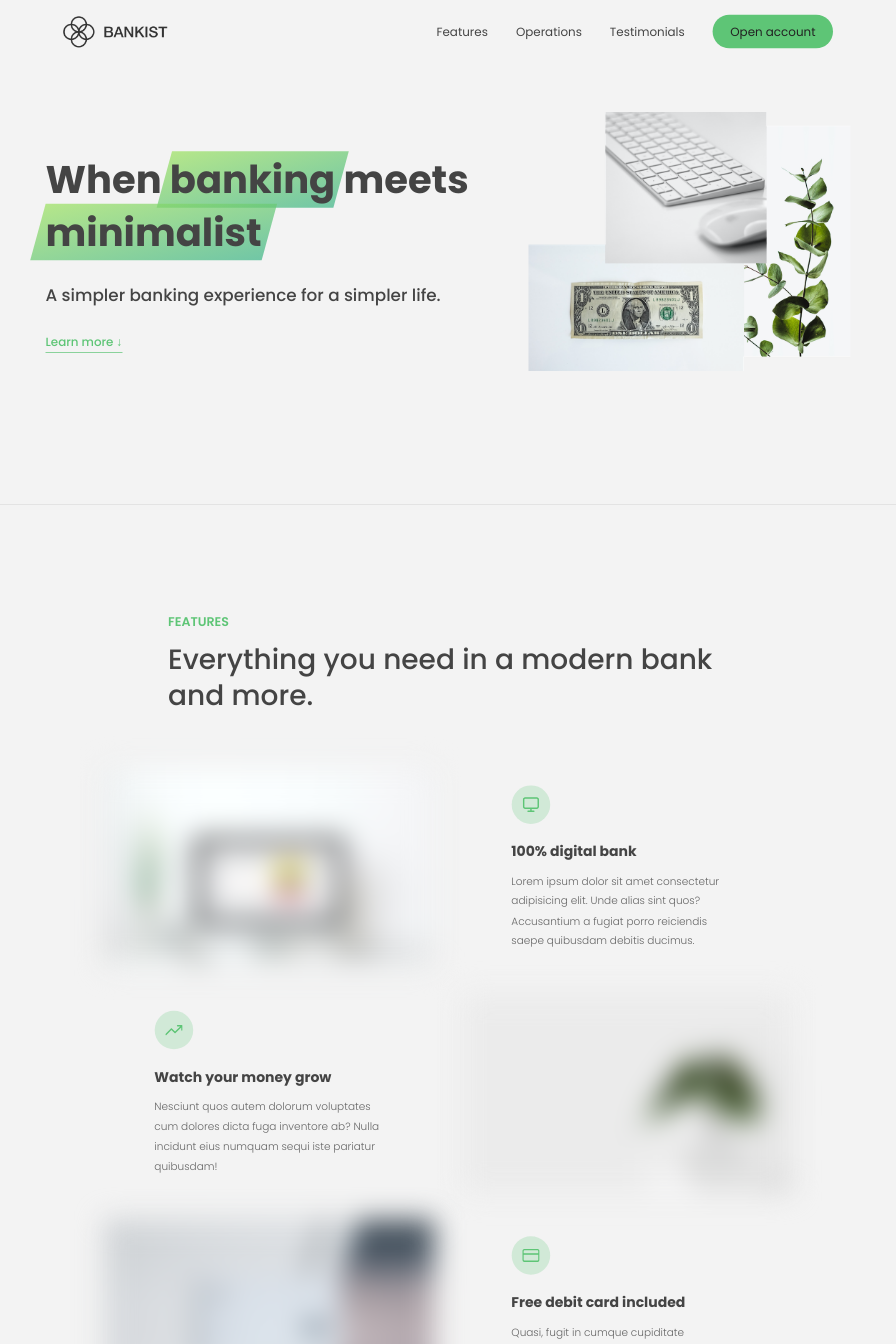
Repository: nptg3105/Bankist
Page: index.html
An editor plug-in stored every save of this project. The page is shown before and after the next save, followed by the edit.
The browser window is 1280 px wide. The pictures show the part of the page from y = 0 to 1920 px (the page is 4886 px tall), at 70% of full size.

Above is the page before, as saved 2022-05-27 19:03:58.

### index.html
<!DOCTYPE html>
<html lang="en">
  <head>
    <meta charset="UTF-8" />
    <meta name="viewport" content="width=device-width, initial-scale=1.0" />
    <meta http-equiv="X-UA-Compatible" content="ie=edge" />
    <link rel="shortcut icon" type="image/png" href="images/icon.png" />

    <link
      href="https://fonts.googleapis.com/css?family=Poppins:300,400,500,600&display=swap"
      rel="stylesheet"
    />
    <link rel="stylesheet" href="dist/index.css" />
    <title>Bankist | When Banking meets Minimalist</title>
  </head>
  <body>
    <header class="header">
      <nav class="nav">
        <img
          src="images/logo.png"
          alt="Bankist logo"
          class="nav__logo"
          id="logo"
        />
        <ul class="nav__links">
          <li class="nav__item">
            <a class="nav__link" href="#section--1">Features</a>
          </li>
          <li class="nav__item">
            <a class="nav__link" href="#section--2">Operations</a>
          </li>
          <li class="nav__item">
            <a class="nav__link" href="#section--3">Testimonials</a>
          </li>
          <li class="nav__item">
            <a class="nav__link nav__link--btn btn--show-modal" href="#"
              >Open account</a
            >
          </li>
        </ul>
      </nav>

      <div class="header__title">
        <h1>
          When
          <!-- Green highlight effect -->
          <span class="highlight">banking</span>
          meets<br />
          <span class="highlight">minimalist</span>
        </h1>
        <h4>A simpler banking experience for a simpler life.</h4>
        <button class="btn--text btn--scroll-to">Learn more &DownArrow;</button>
        <img
          src="images/hero.png"
          class="header__img"
          alt="Minimalist bank items"
        />
      </div>
    </header>

    <section class="section" id="section--1">
      <div class="section__title">
        <h2 class="section__description">Features</h2>
        <h3 class="section__header">
          Everything you need in a modern bank and more.
        </h3>
      </div>

      <div class="features">
        <img
          src="images/digital-lazy.jpg"
          data-src="images/digital.jpg"
          alt="Computer"
          class="features__img lazy-img"
        />
        <div class="features__feature">
          <div class="features__icon">
            <svg>
              <use xlink:href="images/icons.svg#icon-monitor"></use>
            </svg>
          </div>
          <h5 class="features__header">100% digital bank</h5>
          <p>
            Lorem ipsum dolor sit amet consectetur adipisicing elit. Unde alias
            sint quos? Accusantium a fugiat porro reiciendis saepe quibusdam
            debitis ducimus.
          </p>
        </div>

        <div class="features__feature">
          <div class="features__icon">
            <svg>
              <use xlink:href="images/icons.svg#icon-trending-up"></use>
            </svg>
          </div>
          <h5 class="features__header">Watch your money grow</h5>
          <p>
            Nesciunt quos autem dolorum voluptates cum dolores dicta fuga
            inventore ab? Nulla incidunt eius numquam sequi iste pariatur
            quibusdam!
          </p>
        </div>
        <img
          src="images/grow-lazy.jpg"
          data-src="images/grow.jpg"
          alt="Plant"
          class="features__img lazy-img"
        />

        <img
          src="images/card-lazy.jpg"
          data-src="images/card.jpg"
          alt="Credit card"
          class="features__img lazy-img"
        />
        <div class="features__feature">
          <div class="features__icon">
            <svg>
              <use xlink:href="images/icons.svg#icon-credit-card"></use>
            </svg>
          </div>
          <h5 class="features__header">Free debit card included</h5>
          <p>
            Quasi, fugit in cumque cupiditate reprehenderit debitis animi enim
            eveniet consequatur odit quam quos possimus assumenda dicta fuga
            inventore ab.
          </p>
        </div>
      </div>
    </section>

    <section class="section" id="section--2">
      <div class="section__title">
        <h2 class="section__description">Operations</h2>
        <h3 class="section__header">
          Everything as simple as possible, but no simpler.
        </h3>
      </div>

      <div class="operations">
        <div class="operations__tab-container">
          <button
            class="btn operations__tab operations__tab--1 operations__tab--active"
            data-tab="1"
          >
            <span>01</span>Instant Transfers
          </button>
          <button class="btn operations__tab operations__tab--2" data-tab="2">
            <span>02</span>Instant Loans
          </button>
          <button class="btn operations__tab operations__tab--3" data-tab="3">
            <span>03</span>Instant Closing
          </button>
        </div>
        <div
          class="operations__content operations__content--1 operations__content--active"
        >
          <div class="operations__icon operations__icon--1">
            <svg>
              <use xlink:href="images/icons.svg#icon-upload"></use>
            </svg>
          </div>
          <h5 class="operations__header">
            Tranfser money to anyone, instantly! No fees, no BS.
          </h5>
          <p>
            Lorem ipsum dolor sit amet, consectetur adipisicing elit, sed do
            eiusmod tempor incididunt ut labore et dolore magna aliqua. Ut enim
            ad minim veniam, quis nostrud exercitation ullamco laboris nisi ut
            aliquip ex ea commodo consequat.
          </p>
        </div>

        <div class="operations__content operations__content--2">
          <div class="operations__icon operations__icon--2">
            <svg>
              <use xlink:href="images/icons.svg#icon-home"></use>
            </svg>
          </div>
          <h5 class="operations__header">
            Buy a home or make your dreams come true, with instant loans.
          </h5>
          <p>
            Duis aute irure dolor in reprehenderit in voluptate velit esse
            cillum dolore eu fugiat nulla pariatur. Excepteur sint occaecat
            cupidatat non proident, sunt in culpa qui officia deserunt mollit
            anim id est laborum.
          </p>
        </div>
        <div class="operations__content operations__content--3">
          <div class="operations__icon operations__icon--3">
            <svg>
              <use xlink:href="images/icons.svg#icon-user-x"></use>
            </svg>
          </div>
          <h5 class="operations__header">
            No longer need your account? No problem! Close it instantly.
          </h5>
          <p>
            Excepteur sint occaecat cupidatat non proident, sunt in culpa qui
            officia deserunt mollit anim id est laborum. Ut enim ad minim
            veniam, quis nostrud exercitation ullamco laboris nisi ut aliquip ex
            ea commodo consequat.
          </p>
        </div>
      </div>
    </section>

    <section class="section" id="section--3">
      <div class="section__title section__title--testimonials">
        <h2 class="section__description">Not sure yet?</h2>
        <h3 class="section__header">
          Millions of Bankists are already making their lifes simpler.
        </h3>
      </div>

      <div class="slider">
        <div class="slide slide--1">
          <div class="testimonial">
            <h5 class="testimonial__header">Best financial decision ever!</h5>
            <blockquote class="testimonial__text">
              Lorem ipsum dolor sit, amet consectetur adipisicing elit.
              Accusantium quas quisquam non? Quas voluptate nulla minima
              deleniti optio ullam nesciunt, numquam corporis et asperiores
              laboriosam sunt, praesentium suscipit blanditiis. Necessitatibus
              id alias reiciendis, perferendis facere pariatur dolore veniam
              autem esse non voluptatem saepe provident nihil molestiae.
            </blockquote>
            <address class="testimonial__author">
              <img src="images/user-1.jpg" alt="" class="testimonial__photo" />
              <h6 class="testimonial__name">Aarav Lynn</h6>
              <p class="testimonial__location">San Francisco, USA</p>
            </address>
          </div>
        </div>

        <div class="slide slide--2">
          <div class="testimonial">
            <h5 class="testimonial__header">
              The last step to becoming a complete minimalist
            </h5>
            <blockquote class="testimonial__text">
              Quisquam itaque deserunt ullam, quia ea repellendus provident,
              ducimus neque ipsam modi voluptatibus doloremque, corrupti
              laborum. Incidunt numquam perferendis veritatis neque repellendus.
              Lorem, ipsum dolor sit amet consectetur adipisicing elit. Illo
              deserunt exercitationem deleniti.
            </blockquote>
            <address class="testimonial__author">
              <img src="images/user-2.jpg" alt="" class="testimonial__photo" />
              <h6 class="testimonial__name">Miyah Miles</h6>
              <p class="testimonial__location">London, UK</p>
            </address>
          </div>
        </div>

        <div class="slide slide--3">
          <div class="testimonial">
            <h5 class="testimonial__header">
              Finally free from old-school banks
            </h5>
            <blockquote class="testimonial__text">
              Debitis, nihil sit minus suscipit magni aperiam vel tenetur
              incidunt commodi architecto numquam omnis nulla autem,
              necessitatibus blanditiis modi similique quidem. Odio aliquam
              culpa dicta beatae quod maiores ipsa minus consequatur error sunt,
              deleniti saepe aliquid quos inventore sequi. Necessitatibus id
              alias reiciendis, perferendis facere.
            </blockquote>
            <address class="testimonial__author">
              <img src="images/user-3.jpg" alt="" class="testimonial__photo" />
              <h6 class="testimonial__name">Francisco Gomes</h6>
              <p class="testimonial__location">Lisbon, Portugal</p>
            </address>
          </div>
        </div>

        <!-- <div class="slide"><img src="images/img-1.jpg" alt="Photo 1" /></div>
        <div class="slide"><img src="images/img-2.jpg" alt="Photo 2" /></div>
        <div class="slide"><img src="images/img-3.jpg" alt="Photo 3" /></div>
        <div class="slide"><img src="images/img-4.jpg" alt="Photo 4" /></div> -->
        <button class="slider__btn slider__btn--left">&larr;</button>
        <button class="slider__btn slider__btn--right">&rarr;</button>
        <div class="dots"></div>
      </div>
    </section>

    <section class="section section--sign-up">
      <div class="section__title">
        <h3 class="section__header">
          The best day to join Bankist was one year ago. The second best is
          today!
        </h3>
      </div>
      <button class="btn btn--show-modal">Open your free account today!</button>
    </section>

    <footer class="footer">
      <ul class="footer__nav">
        <li class="footer__item">
          <a class="footer__link" href="#">About</a>
        </li>
        <li class="footer__item">
          <a class="footer__link" href="#">Pricing</a>
        </li>
        <li class="footer__item">
          <a class="footer__link" href="#">Terms of Use</a>
        </li>
        <li class="footer__item">
          <a class="footer__link" href="#">Privacy Policy</a>
        </li>
        <li class="footer__item">
          <a class="footer__link" href="#">Careers</a>
        </li>
        <li class="footer__item">
          <a class="footer__link" href="#">Blog</a>
        </li>
        <li class="footer__item">
          <a class="footer__link" href="#">Contact Us</a>
        </li>
      </ul>
      <img src="images/icon.png" alt="Logo" class="footer__logo" />
      <p class="footer__copyright">
        &copy; Copyright by
        <a
          class="footer__link twitter-link"
          target="_blank"
          href="https://twitter.com/jonasschmedtman"
          >Jonas Schmedtmann</a
        >. Use for learning or your portfolio. Don't use to teach. Don't claim
        as your own product.
      </p>
    </footer>

    <div class="modal hidden">
      <button class="btn--close-modal">&times;</button>
      <h2 class="modal__header">
        Open your bank account <br />
        in just <span class="highlight">5 minutes</span>
      </h2>
      <form class="modal__form">
        <label>First Name</label>
        <input type="text" />
        <label>Last Name</label>
        <input type="text" />
        <label>Email Address</label>
        <input type="email" />
        <button class="btn">Next step &rarr;</button>
      </form>
    </div>
    <div class="overlay hidden"></div>

    <script src="./src/js/script.js"></script>
  </body>
</html>

### src/js/script.js
"use strict";

///////////////////////////////////////
// Modal window

const modal = document.querySelector(".modal");
const overlay = document.querySelector(".overlay");
const btnCloseModal = document.querySelector(".btn--close-modal");
const btnsOpenModal = document.querySelectorAll(".btn--show-modal");

const btnScroll = document.querySelector(".btn--scroll-to");
const section1 = document.querySelector("#section--1");

const tabs = document.querySelectorAll(".operations__tab");
const tabsContainer = document.querySelector(".operations__tab-container");
const tabsContent = document.querySelectorAll(".operations__content");

const nav = document.querySelector(".nav");

const openModal = function (e) {
  e.preventDefault();
  modal.classList.remove("hidden");
  overlay.classList.remove("hidden");
};

const closeModal = function () {
  modal.classList.add("hidden");
  overlay.classList.add("hidden");
};

btnsOpenModal.forEach((btn) => {
  btn.addEventListener("click", openModal);
});

btnCloseModal.addEventListener("click", closeModal);
overlay.addEventListener("click", closeModal);

document.addEventListener("keydown", function (e) {
  if (e.key === "Escape" && !modal.classList.contains("hidden")) {
    closeModal();
  }
});

//Scroll Smooth
btnScroll.addEventListener("click", function () {
  section1.scrollIntoView({ behavior: "smooth" });
});

document.querySelector(".nav__links").addEventListener("click", (e) => {
  e.preventDefault();
  if (e.target.classList.contains("nav__link")) {
    const id = e.target.getAttribute("href");
    document.querySelector(id).scrollIntoView({ behavior: "smooth" });
  }
});

//Tabbed Component
tabsContainer.addEventListener("click", function (e) {
  const clicked = e.target.closest(".operations__tab");
  // console.log(clicked);

  //Remove classes
  tabs.forEach((tab) => {
    tab.classList.remove("operations__tab--active");
  });
  tabsContent.forEach((content) => {
    content.classList.remove("operations__content--active");
  });

  if (!clicked) return;

  //Active class
  clicked.classList.add("operations__tab--active");

  //Active content area
  document
    .querySelector(`.operations__content--${clicked.dataset.tab}`)
    .classList.add("operations__content--active");
});

//Faded nav
function handleHover(e) {
  if (e.target.classList.contains("nav__link")) {
    const link = e.target;
    const siblings = link.closest(".nav__links").querySelectorAll(".nav__link");

    siblings.forEach((element) => {
      if (element !== link) element.style.opacity = this;
    });
  }
}

nav.addEventListener("mouseover", handleHover.bind(0.5));
nav.addEventListener("mouseout", handleHover.bind(1));

//Sticky Nav
const initialCoords = section1.getBoundingClientRect();
const navHeight = nav.getBoundingClientRect().height;
console.log(navHeight);

window.addEventListener("scroll", function () {
  console.log(window.scrollY);

  if (window.scrollY > initialCoords.top - navHeight) {
    nav.classList.add("sticky");
  }
  if (window.scrollY < initialCoords.top) {
    nav.classList.remove("sticky");
  }
});

Loaded but not shown: dist/index.css (library)

After the next save:
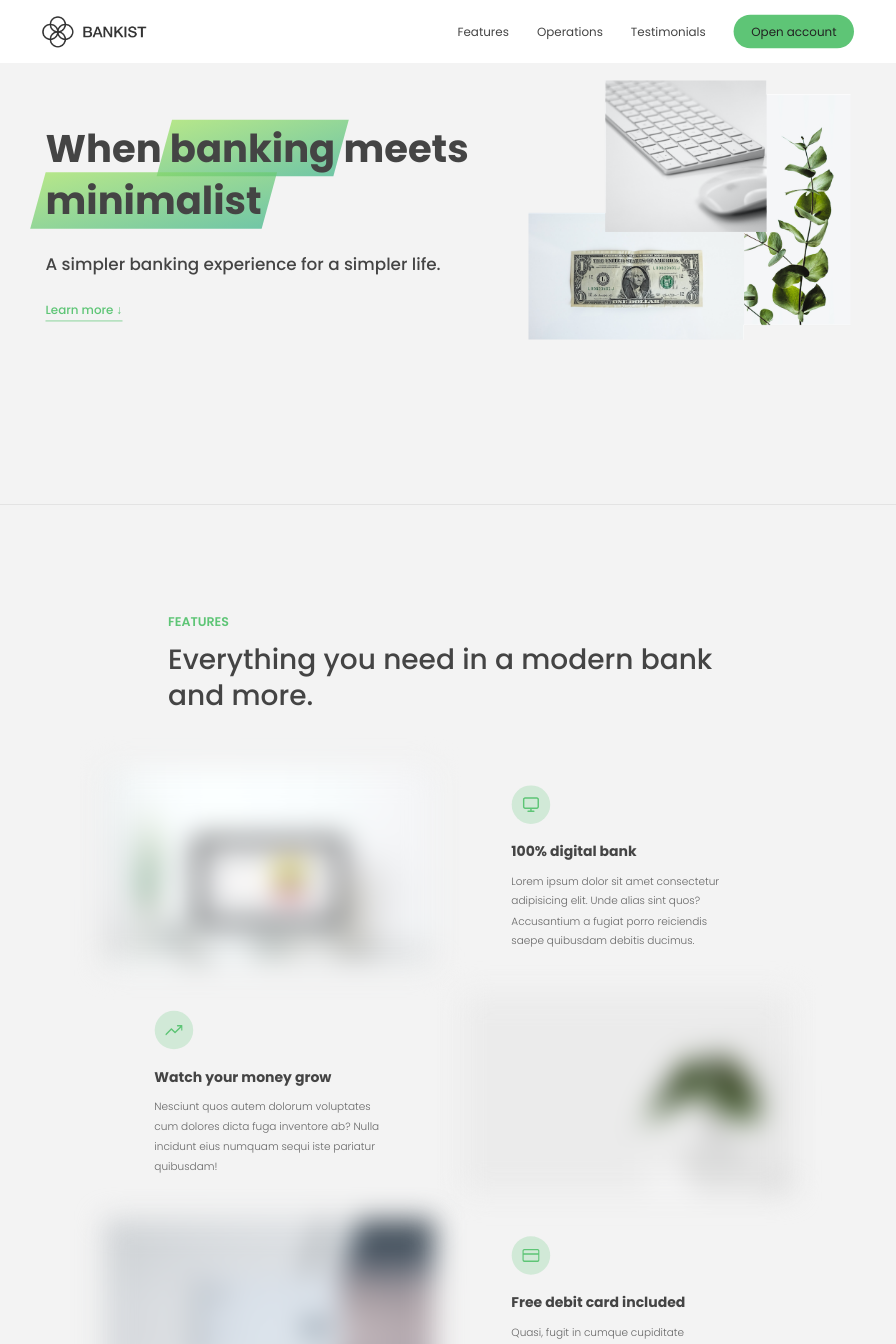
Saved 6 s later.
--- a/src/js/script.js
+++ b/src/js/script.js
@@ -105,6 +105,6 @@
     nav.classList.add("sticky");
   }
   if (window.scrollY < initialCoords.top) {
-    nav.classList.remove("sticky");
+    nav.classList.add("hide");
   }
 });

After the save that followed:
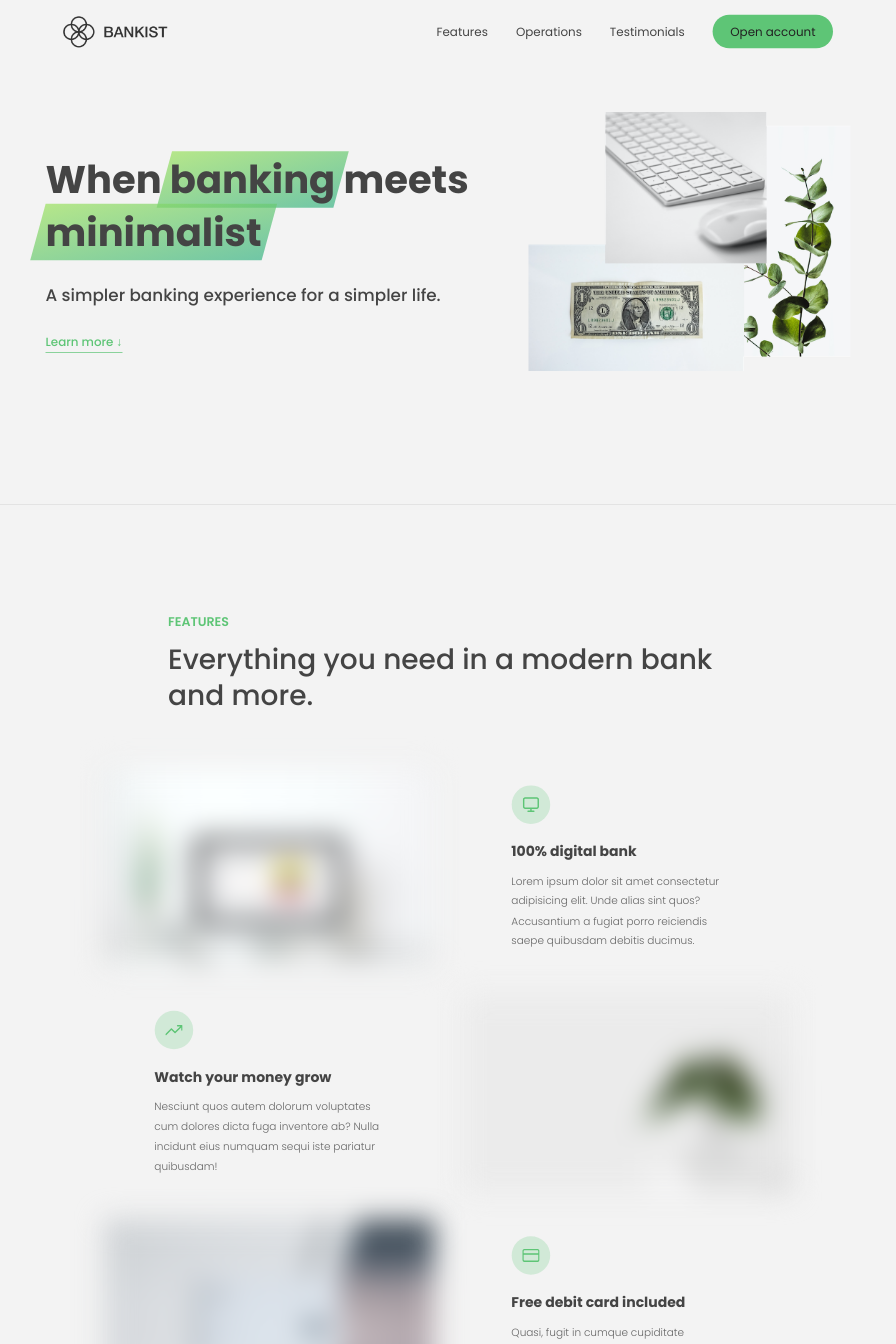
Saved 44 s later.
--- a/src/js/script.js
+++ b/src/js/script.js
@@ -105,6 +105,8 @@
     nav.classList.add("sticky");
   }
   if (window.scrollY < initialCoords.top) {
+    nav.classList.remove("sticky");
+
     nav.classList.add("hide");
   }
 });
